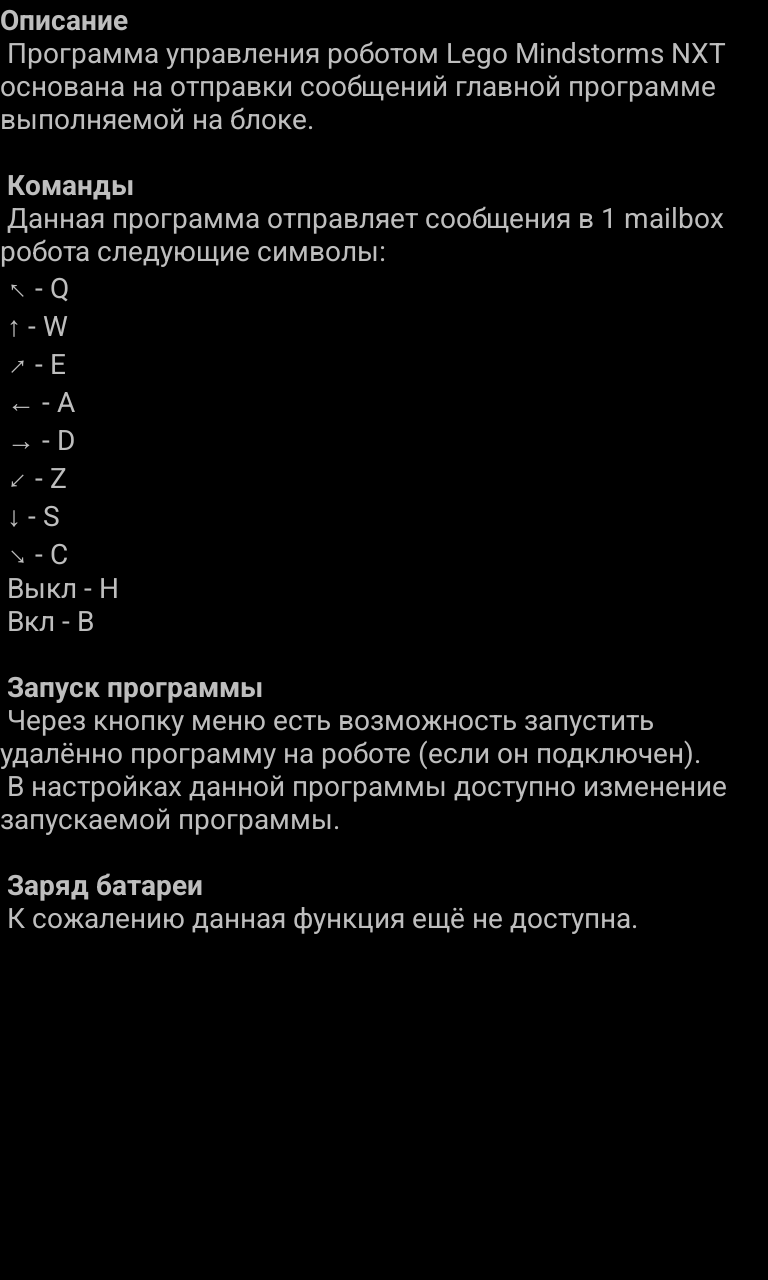
Repository: ssbayanov/panhandlerNXT
Layout: poproshaika/res/layout/help.xml
An editor plug-in stored every save of this project. The layout is shown before and after the next save, followed by the edit.
It is drawn on a 768 x 1280 px phone screen (xhdpi) without system bars, with theme android:Theme; the app's code is not run.

Above is the layout before, as saved 2012-11-06 07:19:03.

After the next save:
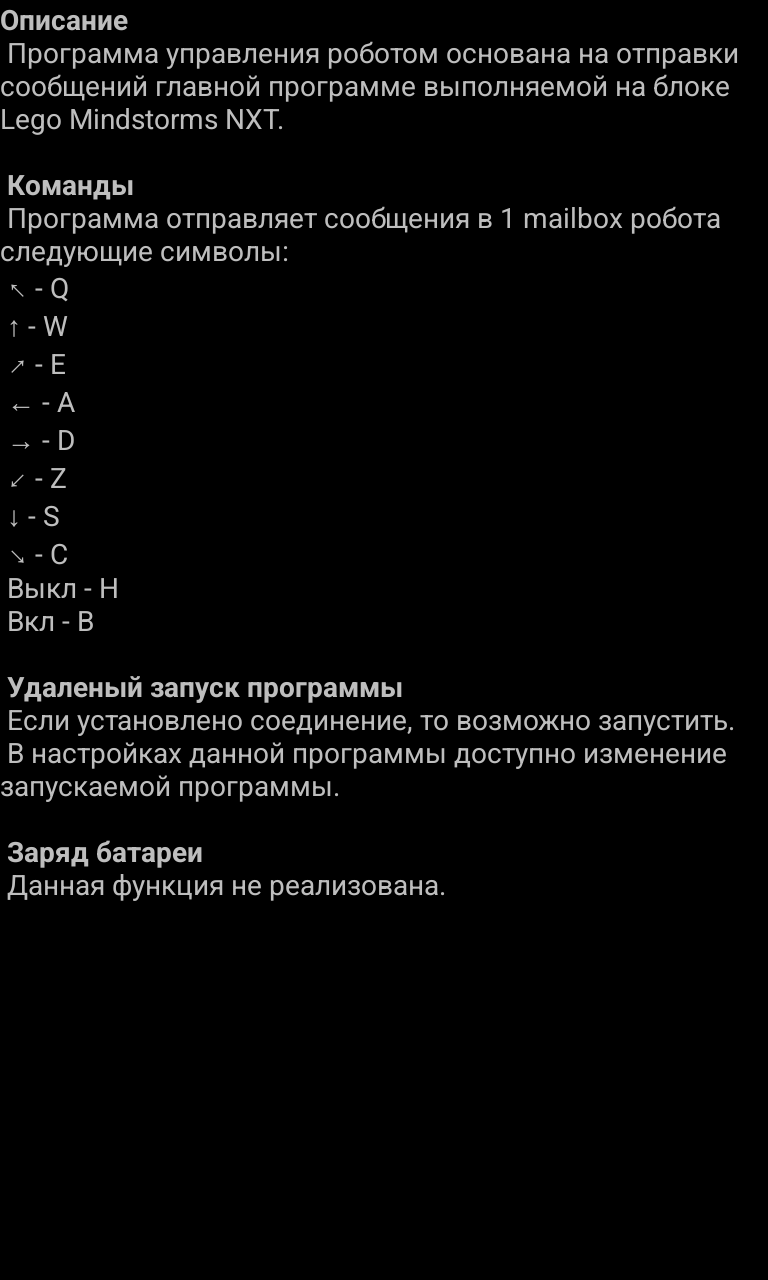
Saved 2 min 16 s later.
--- a/poproshaika/res/values/strings.xml
+++ b/poproshaika/res/values/strings.xml
@@ -59,9 +59,9 @@
     <!--  Help  -->
     <string name="help_content">
 <b>Описание</b>\n
-Программа управления роботом Lego Mindstorms NXT основана на отправки сообщений главной программе выполняемой на блоке.\n\n
+Программа управления роботом основана на отправки сообщений главной программе выполняемой на блоке Lego Mindstorms NXT.\n\n
 <b>Команды</b>\n
-Данная программа отправляет сообщения в 1 mailbox робота следующие символы:\n
+Программа отправляет сообщения в 1 mailbox робота следующие символы:\n
  ↖ - Q\n
 ↑ - W\n
  ↗ - E\n
@@ -72,10 +72,10 @@
 ↘ - C\n
 Выкл - H\n
 Вкл - B\n\n
-<b>Запуск программы</b>\n
-Через кнопку меню есть возможность запустить удалённо программу на роботе (если он подключен).\n
+<b>Удаленый запуск программы</b>\n
+Если установлено соединение, то возможно запустить.\n
 В настройках данной программы доступно изменение запускаемой программы.\n\n
 <b>Заряд батареи</b>\n
-К сожалению данная функция ещё не доступна.
+Данная функция не реализована.
 </string>
 </resources>
